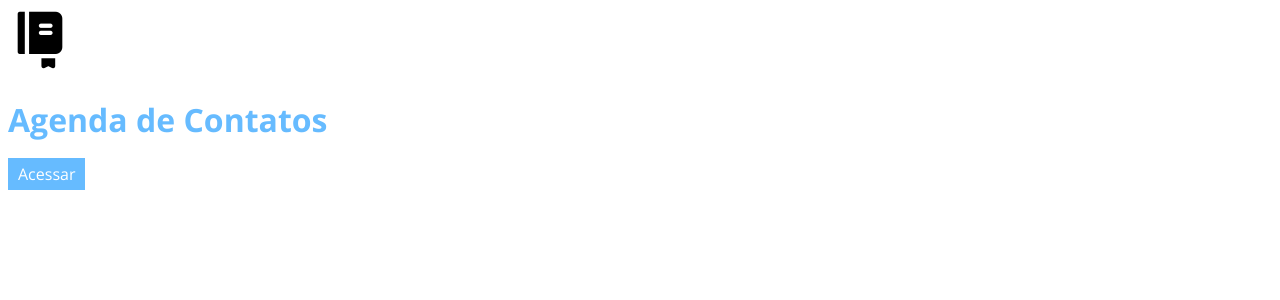
Repository: evanalves/Agenda-JDBC
Page: http://localhost/agenda/
An editor plug-in stored every save of this project. The page is shown before and after the next save, followed by the edit.
The browser window is 1280 px wide. The pictures show the whole page.
The page is served by Tomcat 10. Other server files are loaded and not shown.

Above is the page before, as saved 2023-08-18 02:17:57.

### agenda/src/main/webapp/index.html
<!DOCTYPE html>
<html lang="pt-BR">
<head>
<meta charset="UTF-8">
<title>Agenda de Contatos</title>
<link rel="icon" href="imagens/favicon.png">
<link rel="styleSheet" href="style.css">
</head>
<body>
	<img src="imagens/agenda.png">

	<h1>Agenda de Contatos</h1>


	<a href="" class="botao1">Acessar</a>

</body>
</html>

### agenda/src/main/webapp/style.css
@charset "UTF-8";
@import url('https://fonts.googleapis.com/css2?family=Open+Sans:wght@400;700&display=swap');

body{
	font-family: 'Open Sans', sans-serif;
	font-size: 1em;
	font-weight: 400;

}

h1{
	color: #66bbff;
}


.botao1{
	text-decoration: none;
	background-color: #66bbff;
	padding: 5px 10px 5px 10px;
	color: #fff;
}

After the next save:
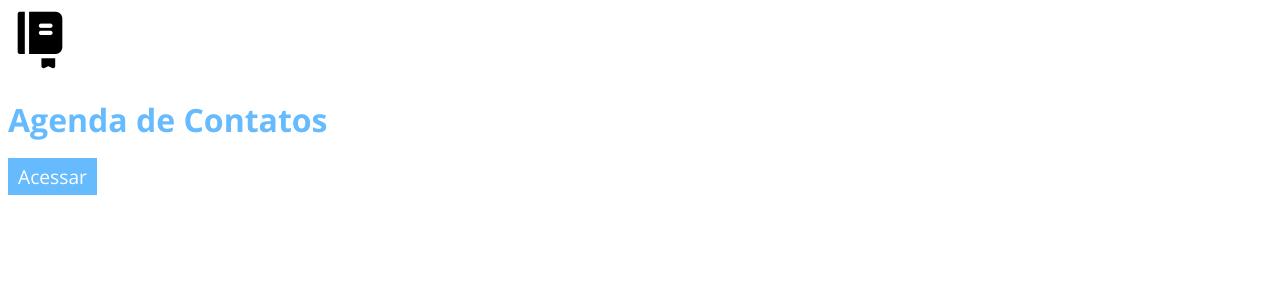
Saved 16 s later.
--- a/agenda/src/main/webapp/style.css
+++ b/agenda/src/main/webapp/style.css
@@ -18,4 +18,5 @@ h1{
 	background-color: #66bbff;
 	padding: 5px 10px 5px 10px;
 	color: #fff;
+	font-size: 1.2em;
 }
